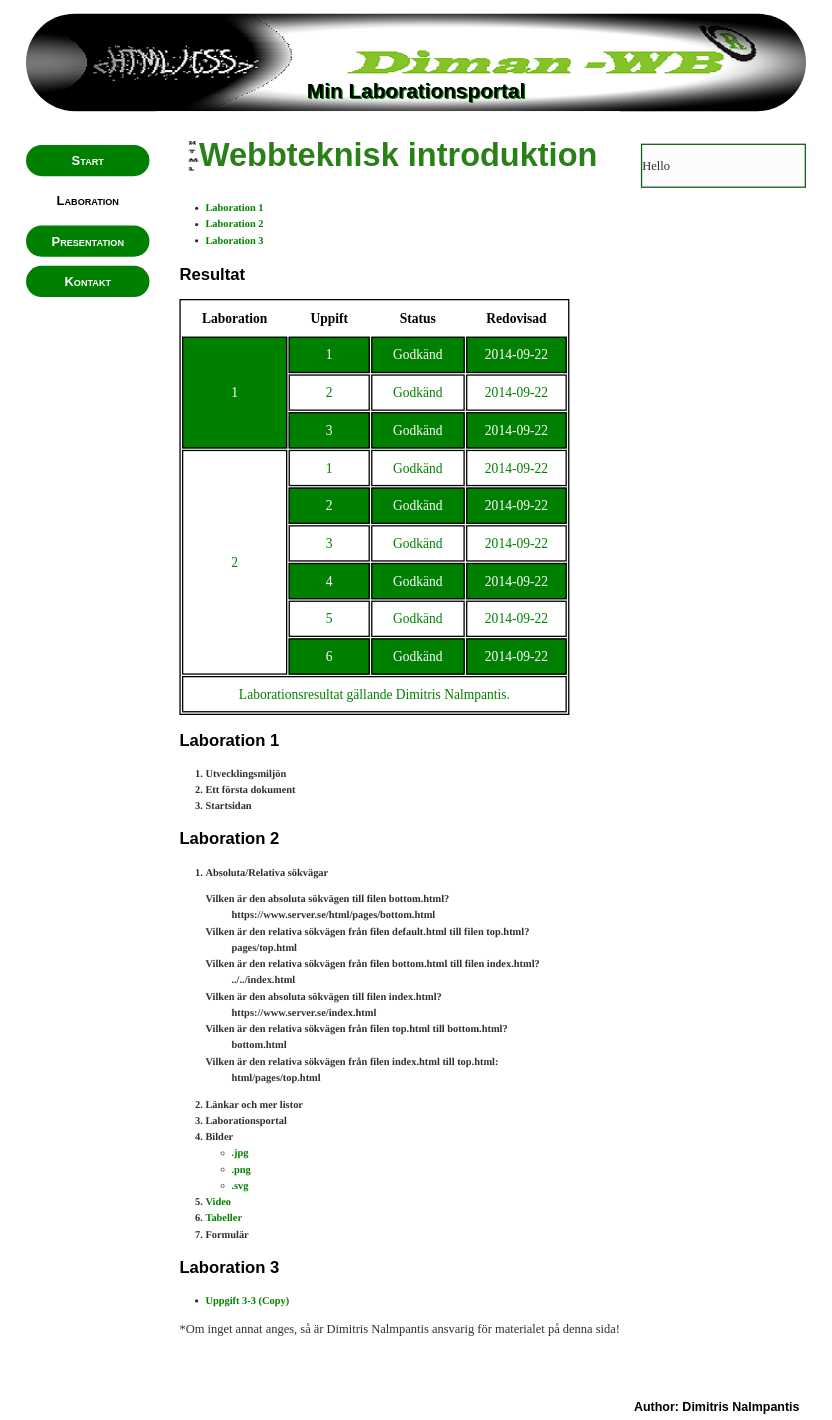
Repository: dn222em/1ik415-laborationer
Page: pages/laborationer.html
The author's editor kept a record of every edit. The page is drawn from the files as they stood at one moment, then again after the next edit.
The browser window is 1280 px wide. The pictures show the whole page, at 65% of full size.

Above is the page before.

After the next edit:
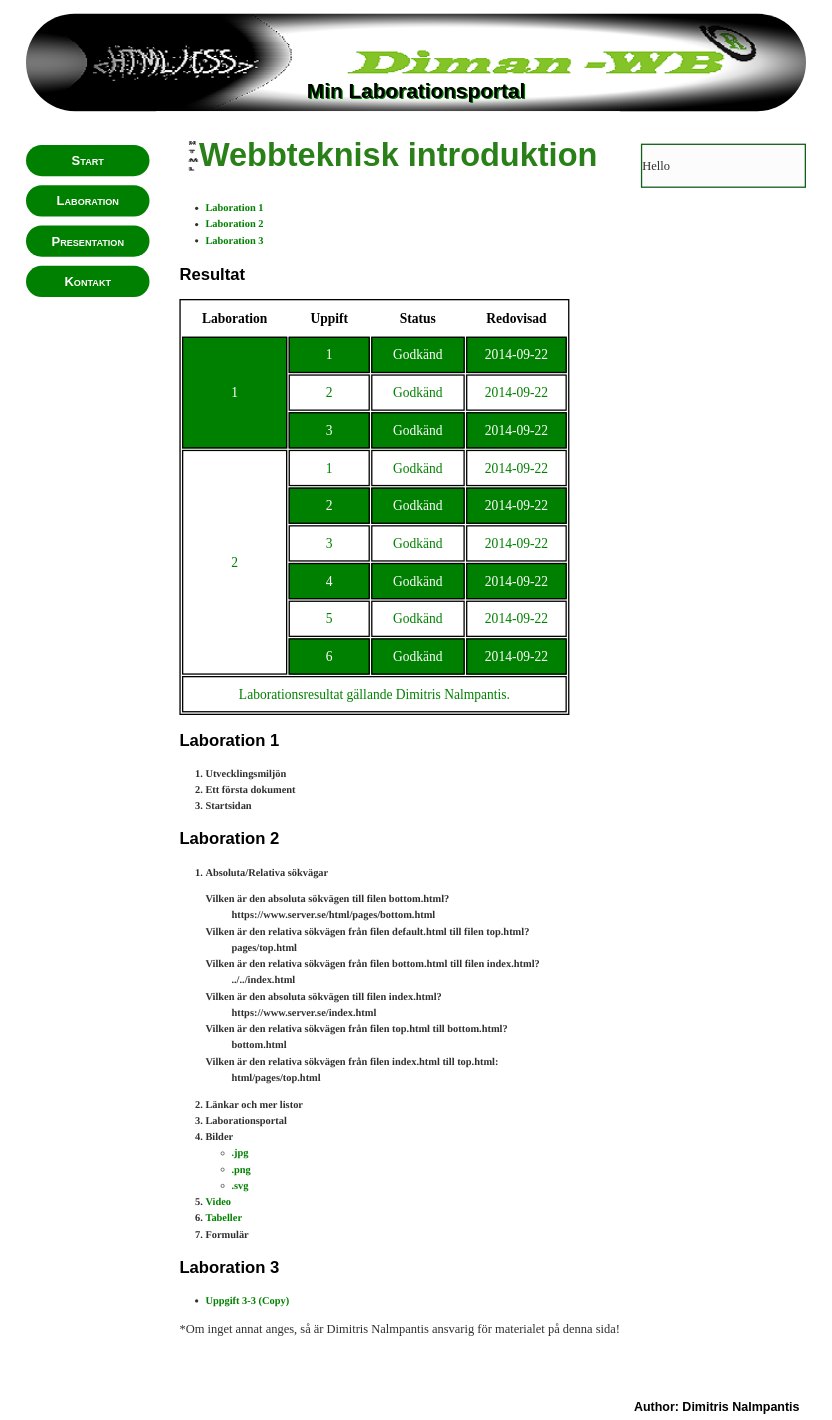
The edit:
--- a/pages/laborationer.html
+++ b/pages/laborationer.html
@@ -14,10 +14,10 @@
 
 	<div id="navigation">
 		<ul class="menu">
-			<li><a href="../index.html">Start</a></li>
-			<li><a href="../pages/laborationer.html" id="active">Laboration</a></li>
-			<li><a href="../pages/Presentation.html">Presentation</a></li>
-			<li><a href="../pages/Kontakt.html">Kontakt</a></li>
+			<li><a id ="home" href="../index.html">Start</a></li>
+			<li><a id ="labor" href="../pages/laborationer.html" id="active">Laboration</a></li>
+			<li><a id ="present" href="../pages/Presentation.html">Presentation</a></li>
+			<li><a id ="cont" href="../pages/Kontakt.html">Kontakt</a></li>
 		</ul>
 	</div>
 	<div id="content">
